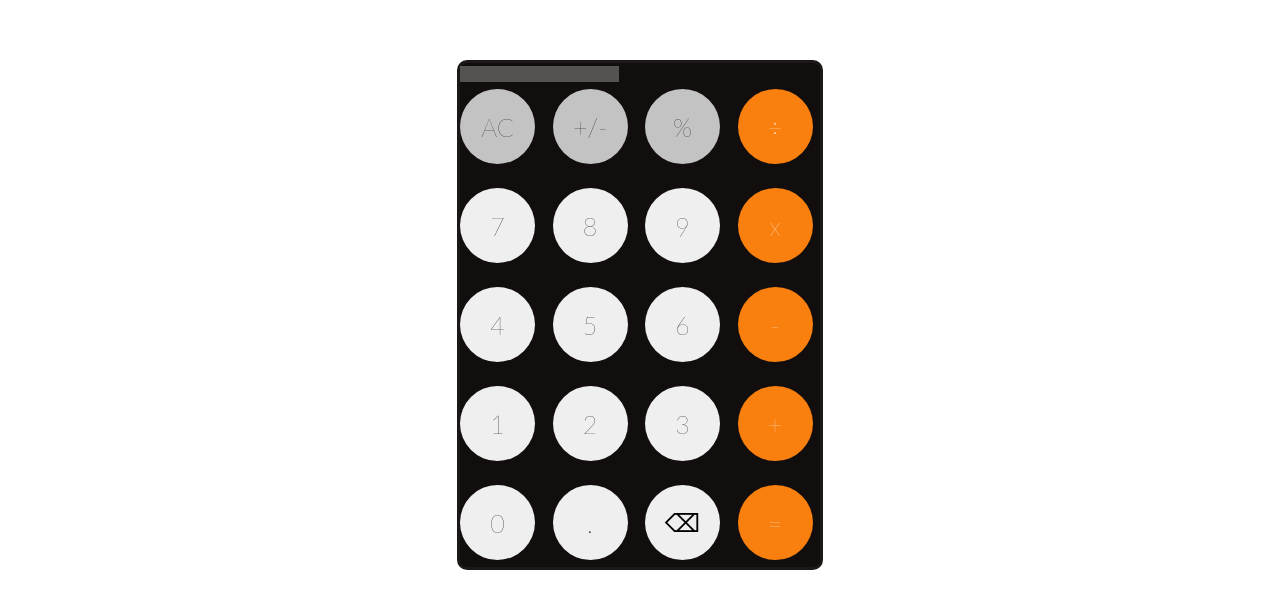
Repository: MhlengiNgubane/BrainnestJsTwo
Page: index.html
These files come from the project's save history. The page is drawn as it stood at one moment and after a run of saves; the edit follows.
The browser window is 1280 px wide. The pictures show the whole page.

Above is the page before, as saved 2022-09-11 17:32:08.

After the next 2 saves:
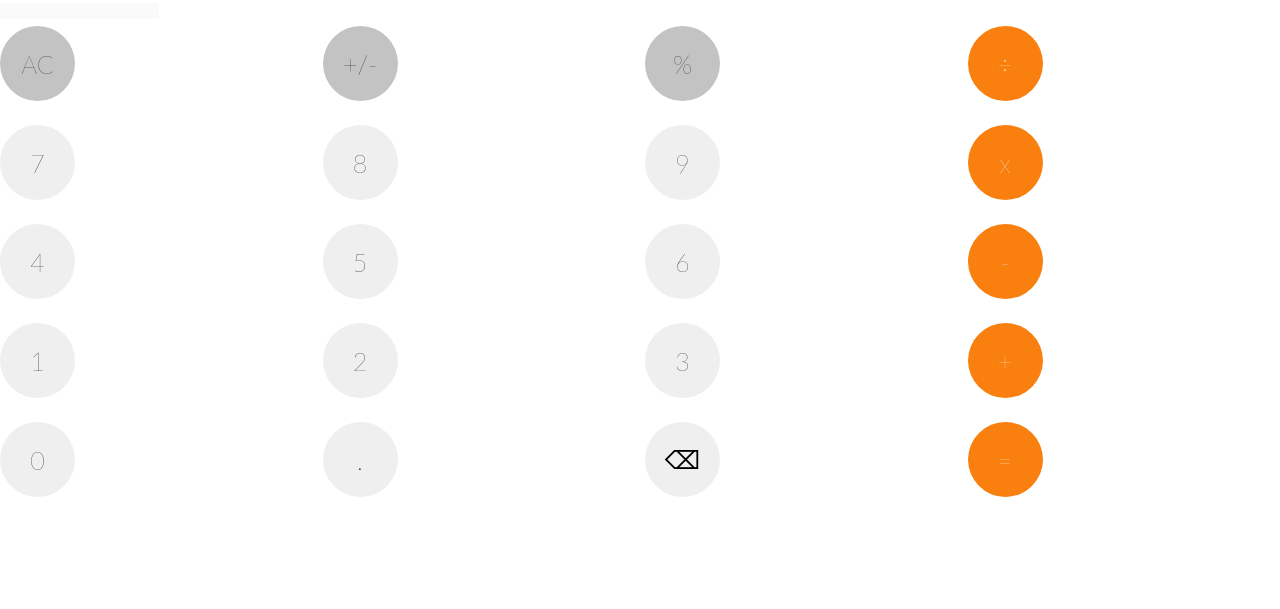
The 2 saves are shown as one change because they came seconds apart.
The last was saved 84 s later.
--- a/index.html
+++ b/index.html
@@ -8,8 +8,6 @@
 
     <link rel="stylesheet" href="style.css">
 </head>
-    <body>
-        <div class = "calculator">
             <input type="text" class="displayt" value="" disabled />
             <div class = "buttons">
                 <button id = "AC" value="AC">AC</button>
